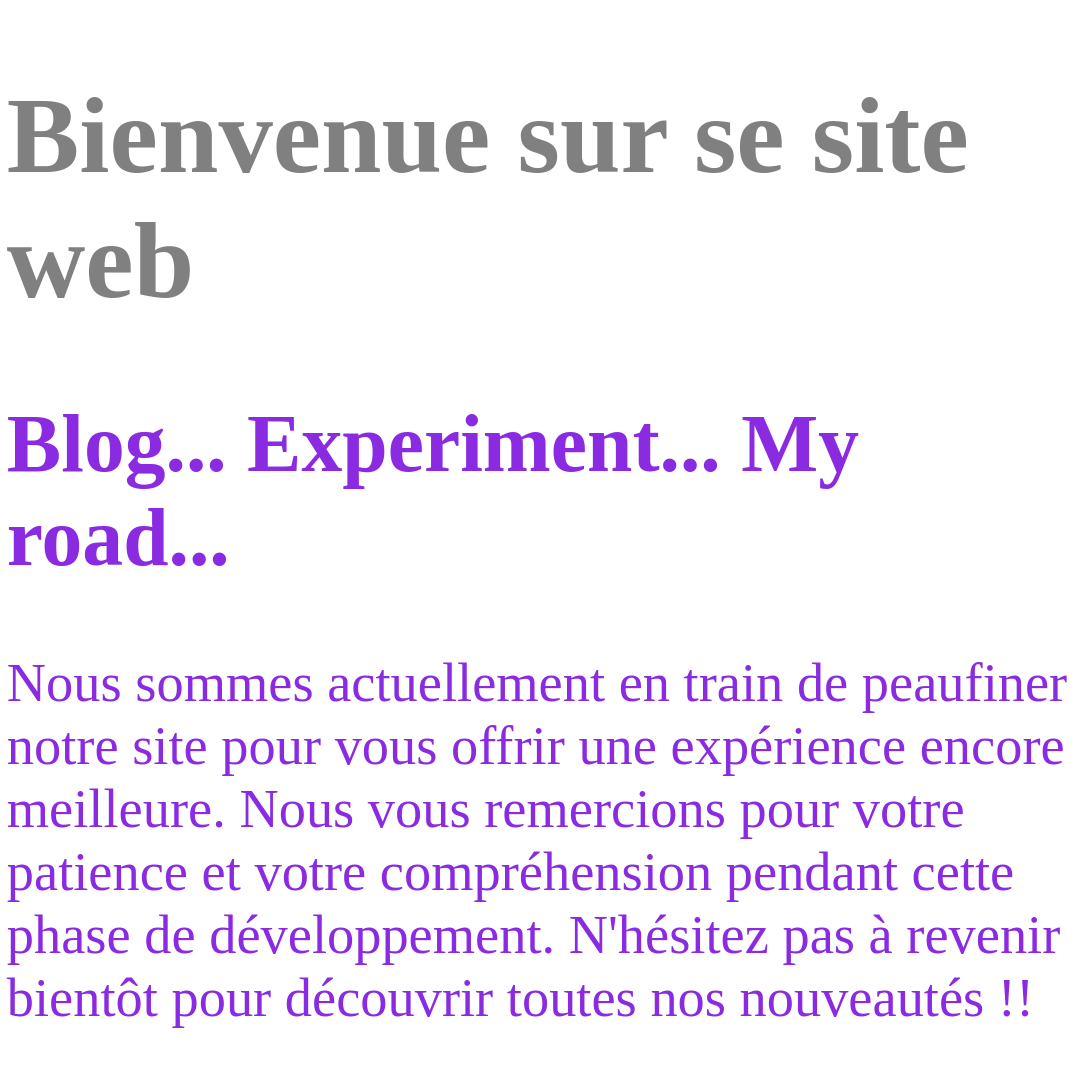
Repository: ValetteEvan/PersonalWebApp
Page: index.html
The author's editor kept a copy of each file at every save. The page is drawn from the files as they stood at one save, then again after a run of saves.
The browser window is 1280 px wide. The pictures show the whole page, at 85% of full size.

Above is the page before, as saved 2025-01-07 17:41:10.

After the next 2 saves:
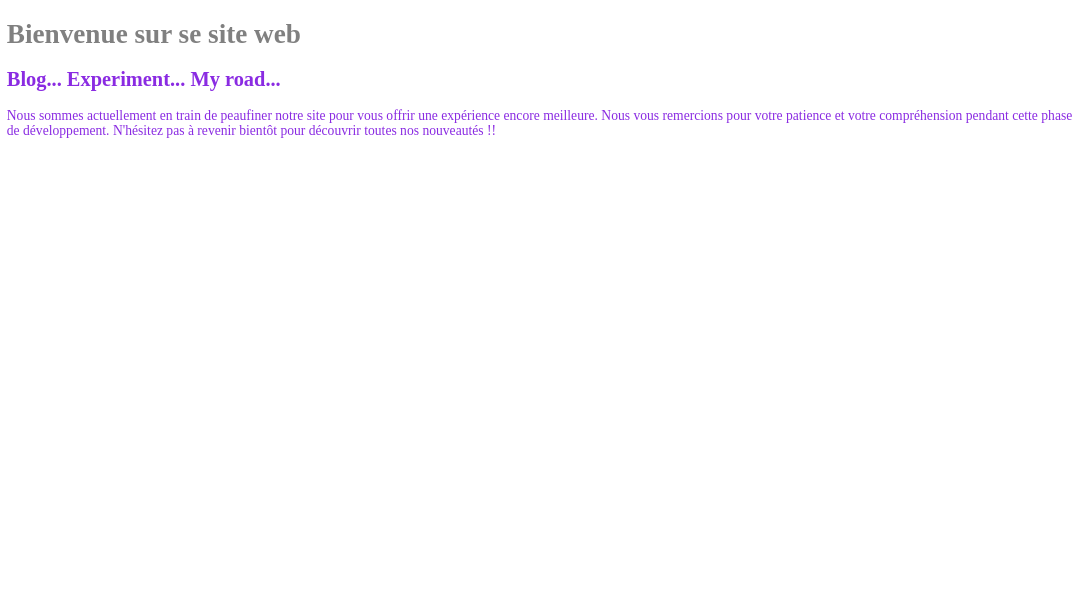
The 2 saves are shown as one change because they came seconds apart.
The last was saved 7 s later.
--- a/style.css
+++ b/style.css
@@ -2,6 +2,6 @@ h1 {
     color: gray;
 }
 .webGlobal{
-    font-size: 4em;
+    font-size: 1em;
     color: blueviolet;
 }
